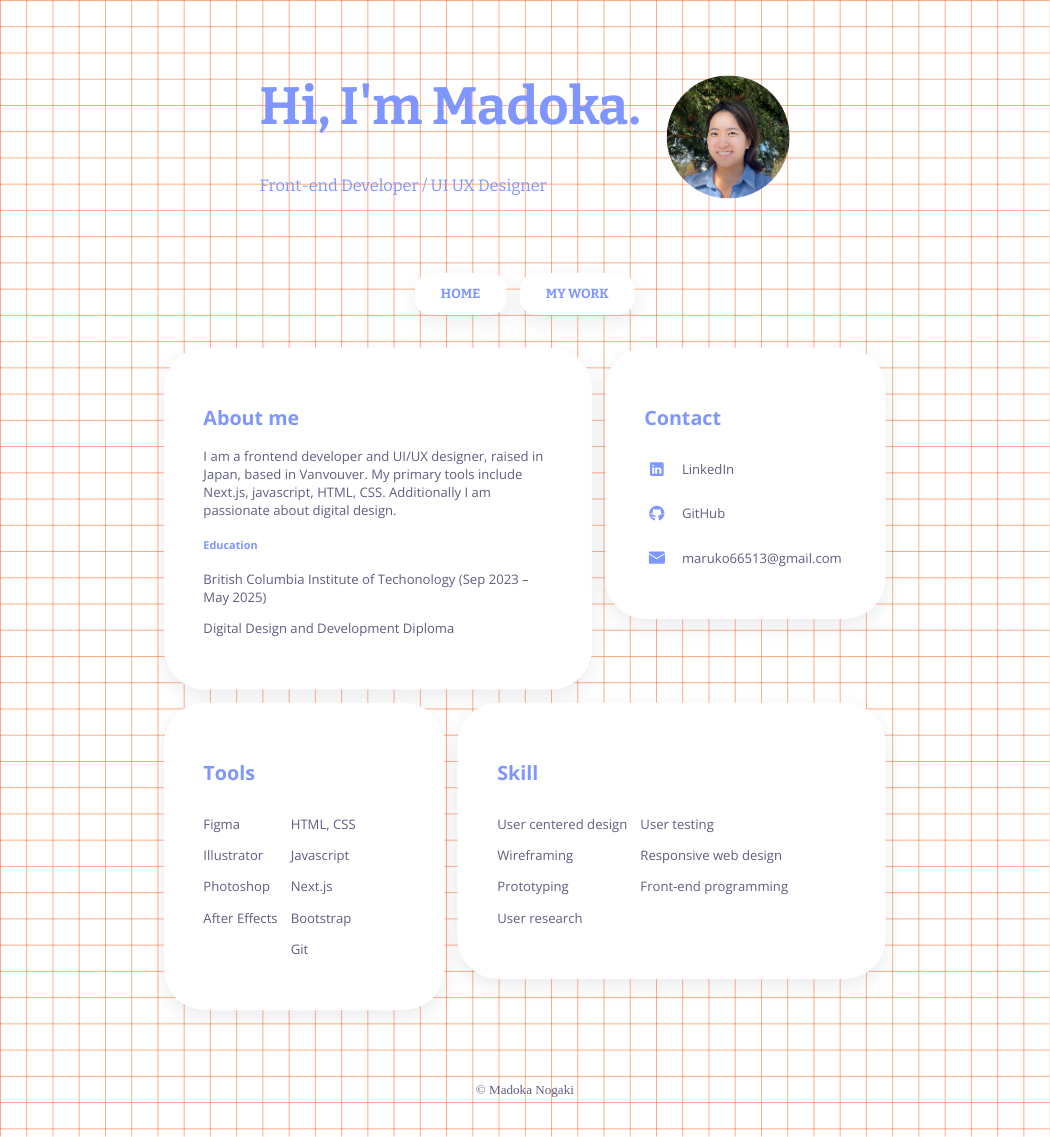
Repository: ohmaruko/portfolio
Page: /
The author's editor kept a copy of each file at every save. The page is drawn from the files as they stood at one save, then again after a run of saves.
The browser window is 1280 px wide. The pictures show the whole page, at 82% of full size.
The project was rebuilt for these pictures with package versions that can differ from the ones it lists, and the page was loaded fresh each time. The framework's server and built-in components were replaced by stand-ins that run in the browser. Also part of the build but not shown: next.config.mjs.

Above is the page before, as saved 2024-02-19 00:11:08.

After the next 2 saves:
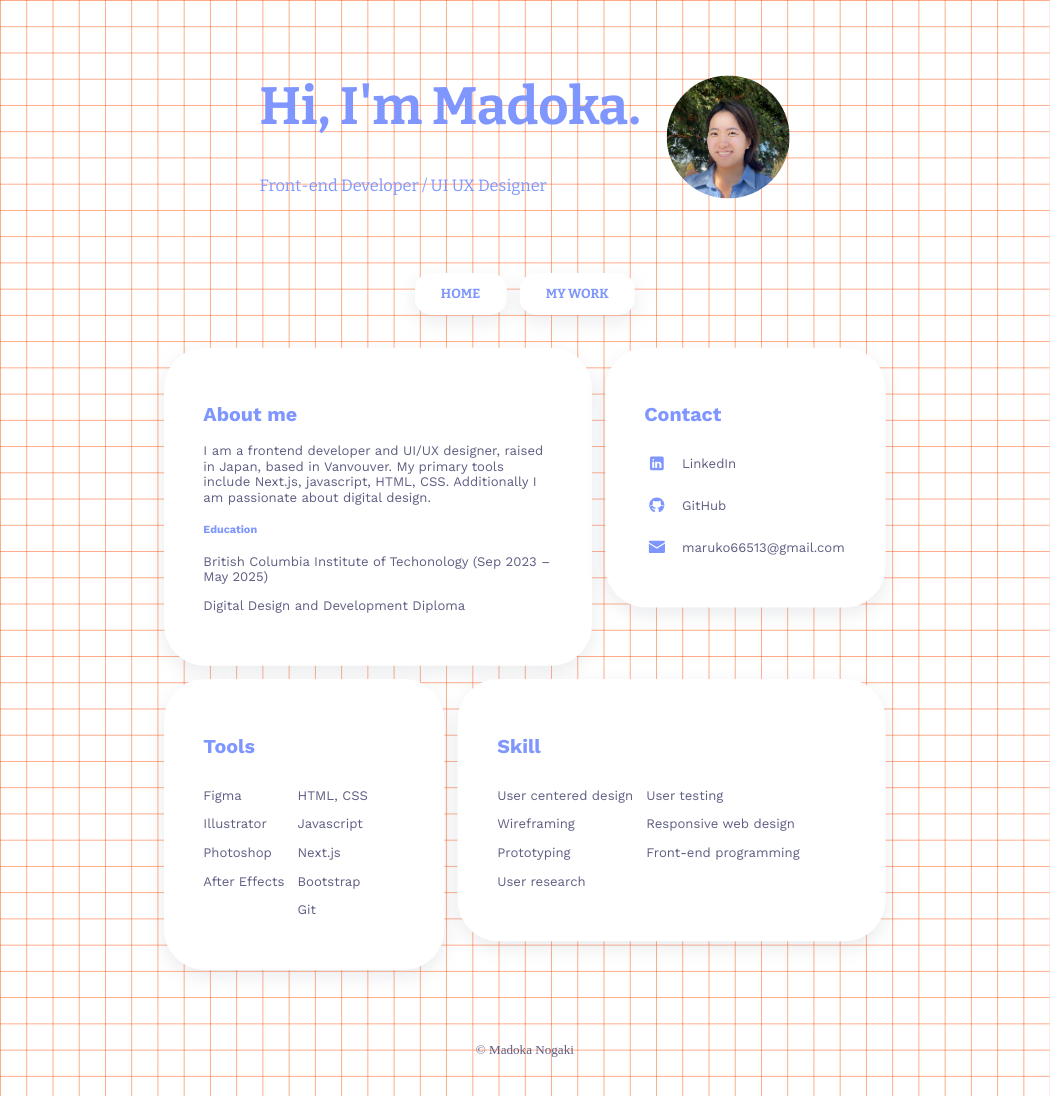
The 2 saves are shown as one change because 1 did not build or start.
The last was saved 11 s later.
--- a/pages/index.js
+++ b/pages/index.js
@@ -25,7 +25,7 @@
       <div className={styles.container}>
         <Header className={styles.header}/>
 
-        <main  className={`${styles.outerContainer}, ${openSans.className}`}>
+        <main  className={`${styles.outerContainer}, ${workSans.className}`}>
           <div className={styles.outerContainer}>
               <div className={styles.box1}>
                 <Box title="About me" content={
